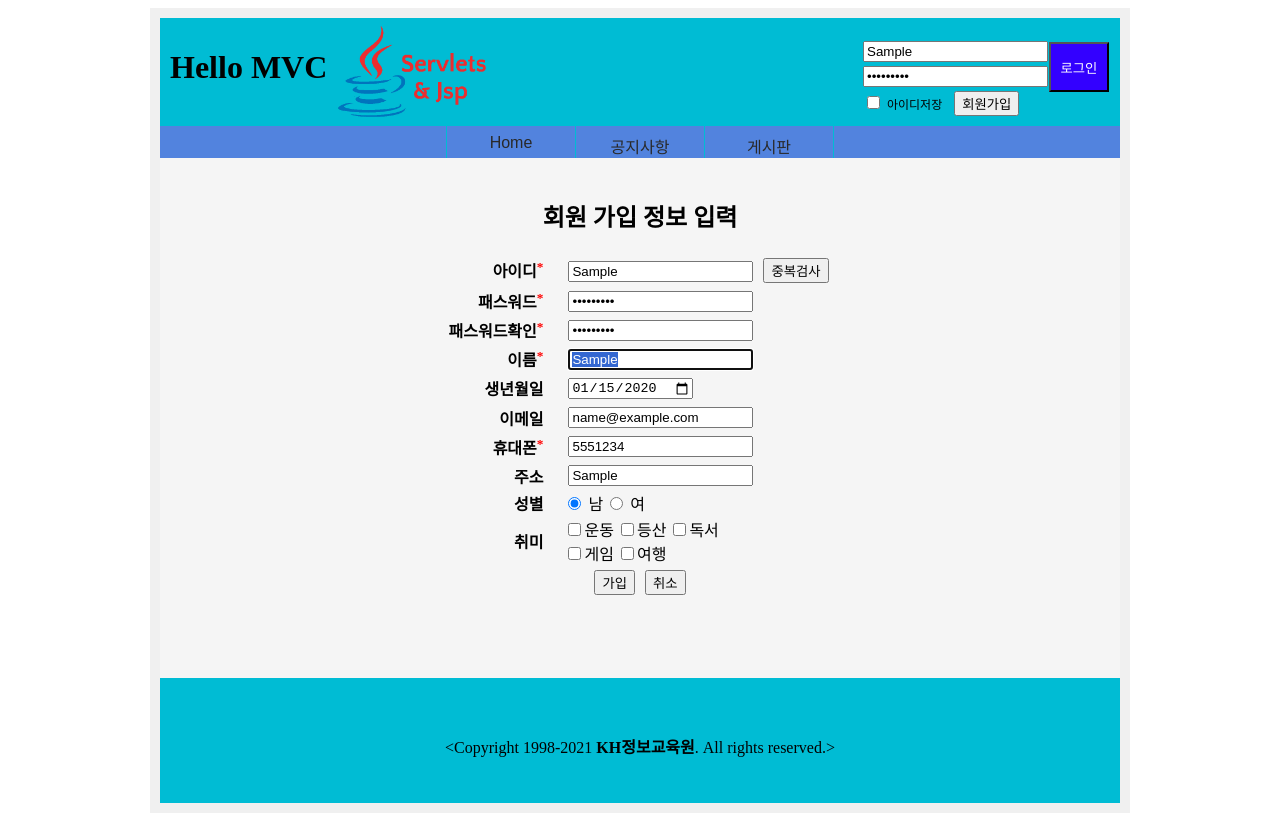
Repository: jsungl/WEBSERVER-WORKSPACE
Page: http://localhost/02_hellomvc/member/memberEnroll
These files come from the project's save history. The page is drawn as it stood at one moment and after the next save; the edit follows.
The browser window is 1280 px wide. The pictures show the whole page.
Empty fields were first filled with sample values (such as "Sample", 5 or name@example.com).
After loading, the first visible `#memberEnrollFrm` was submitted once.
The page is served by Tomcat 9. Other server files are loaded and not shown.

Above is the page before, as saved 2021-03-29 07:07:59.

### 02_hellomvc/WebContent/WEB-INF/views/member/memberEnroll.jsp
<%@ page language="java" contentType="text/html; charset=UTF-8"
	pageEncoding="UTF-8"%>
<%@ include file="/WEB-INF/views/common/header.jsp" %>


<section id=enroll-container>
	<h2>회원 가입 정보 입력</h2>
	<form name="memberEnrollFrm" action="<%= request.getContextPath() %>/member/memberEnroll" method="post" id="memberEnrollFrm">
		<table>
			<tr>
				<th>아이디<sup>*</sup></th>
				<td>
					<input type="text" placeholder="4글자이상" name="memberId" id="memberId_" required>
					<input type="button" value="중복검사" onclick="checkIdDuplicate();"/>
					<input type="hidden" id="idValid" value="0" />
					<%-- #idValid가 1이면 사용가능한 아이디이고 중복검사함, 0이면 중복검사전. (0이면 제출안되게) --%>
				</td>
			</tr>
			<tr>
				<th>패스워드<sup>*</sup></th>
				<td>
					<input type="password" name="password" id="password_" required><br>
				</td>
			</tr>
			<tr>
				<th>패스워드확인<sup>*</sup></th>
				<td>
					<input type="password" id="password2" required><br>
				</td>
			</tr>
			<tr>
				<th>이름<sup>*</sup></th>
				<td>
				<input type="text"  name="memberName" id="memberName" required><br>
				</td>
			</tr>
			<tr>
				<th>생년월일</th>
				<td>
				<input type="date" name="birthday" id="birthday" ><br />
				</td>
			</tr>
			<tr>
				<th>이메일</th>
				<td>
					<input type="email" placeholder="abc@xyz.com" name="email" id="email"><br>
				</td>
			</tr>
			<tr>
				<th>휴대폰<sup>*</sup></th>
				<td>
					<input type="tel" placeholder="(-없이)01012345678" name="phone" id="phone" maxlength="11" required><br>
				</td>
			</tr>
			<tr>
				<th>주소</th>
				<td>
					<input type="text" placeholder="" name="address" id="address"><br>
				</td>
			</tr>
			<tr>
				<th>성별 </th>
				<td>
					<input type="radio" name="gender" id="gender0" value="M" checked>
					<label for="gender0">남</label>
					<input type="radio" name="gender" id="gender1" value="F">
					<label for="gender1">여</label>
				</td>
			</tr>
			<tr>
				<th>취미 </th>
				<td>
					<input type="checkbox" name="hobby" id="hobby0" value="운동"><label for="hobby0">운동</label>
					<input type="checkbox" name="hobby" id="hobby1" value="등산"><label for="hobby1">등산</label>
					<input type="checkbox" name="hobby" id="hobby2" value="독서"><label for="hobby2">독서</label><br />
					<input type="checkbox" name="hobby" id="hobby3" value="게임"><label for="hobby3">게임</label>
					<input type="checkbox" name="hobby" id="hobby4" value="여행"><label for="hobby4">여행</label><br />
				</td>
			</tr>
		</table>
		<input type="submit" value="가입" >
		<input type="reset" value="취소">
	</form>
</section>

<script>
/**
 * 회원가입 유효성 검사
 */

 $(document.memberEnrollFrm).submit(function(){
		//memberId
		var $memberId = $("#memberId_");
		//아이디는 영문자/숫자  4글자이상만 허용
		if(/^[a-zA-Z0-9]{4,}$/.test($memberId.val()) == false){
			alert("아이디는 최소 4자리이상이어야 합니다.");
			$memberId.select();
			return false;
		}
		//password
		var $p1 = $("#password_");
		var $p2 = $("#password2");
		if(/^[a-zA-Z0-9!@#$$%^&*()]{4,}/.test($p1.val()) == false){
			alert("유효한 패스워드를 입력하세요.");
			$p1.select();
			return false;
		}

		if($p1.val() != $p2.val()){
			alert("패스워드가 일치하지 않습니다.");
			$p1.select();
			return false;
		}

		//memberName
		var $memberName = $("#memberName");
		if(/^[가-힣]{2,}$/.test($memberName.val()) == false){
			alert("이름은 한글 2글자 이상이어야 합니다.");
			$memberName.select();
			return false;
		}

		//phone
		var $phone = $("#phone");
		//-제거하기
		$phone.val($phone.val().replace(/[^0-9]/g, ""));//숫자아닌 문자(복수개)제거하기

		if(/^010[0-9]{8}$/.test($phone.val()) == false){
			alert("유효한 전화번호가 아닙니다.");
			$phone.select();
			return false;
		}

		return true;

	});


</script>



<%@ include file="/WEB-INF/views/common/footer.jsp" %>

### 02_hellomvc/WebContent/WEB-INF/views/common/header.jsp
<%@page import="member.model.vo.Member"%>
<%@ page language="java" contentType="text/html; charset=UTF-8"
    pageEncoding="UTF-8"%>

<%
	String msg = (String)session.getAttribute("msg");
	if(msg != null)
		session.removeAttribute("msg");
	System.out.println("msg@header.jsp = " + msg);


	String loc = (String)request.getAttribute("loc");
	Member loginMember = (Member)session.getAttribute("loginMember");

	//사용자 쿠키처리
	String saveId = null;
	Cookie[] cookies = request.getCookies();
	if(cookies != null){
		for(Cookie c : cookies){
			String name = c.getName();
			String value = c.getValue();
			System.out.println(name + " : " + value); //saveId : honggd, JSESSIONID :
			if("saveId".equals(name))
				saveId = value;
		}
	}
%>
<!DOCTYPE html>
<html>
<head>
<meta charset="UTF-8">
<title>Hello MVC</title>
<link rel="stylesheet" href="<%=request.getContextPath() %>/css/style.css" />
<script src="<%= request.getContextPath() %>/js/jquery-3.6.0.js"></script>
<script>
<% if(msg != null) {%>
alert("<%= msg %>");
<% } %>


<% if(loc != null) {%>
	location.href = "<%= loc %>";
<% } %>


	$(function(){
		//로그인 폼 유효성 검사
		$("#loginFrm").submit(function(){
			var $memberId = $(memberId);
			var $password = $(password);

			if(/^.{4,}$/.test($memberId.val()) == false){
				alert("유효한 아이디를 입력하세요");
				$memberId.select();
				return false;
			}

			if(/^.{4,}$/.test($password.val()) == false){
				alert("유효한 비밀번호를 입력하세요");
				$password.select();
				return false;
			}
		});

		/* //회원가입폼 검사
		$("#memberEnrollFrm").submit(function(){
			var $pwd = $("#password_");
			var $pwdCheck = $("#password2");

			console.log($pwd);
			console.log($pwdCheck);

			if($pwd.val() != $pwdCheck.val()){
				alert("비밀번호가 일치하지않습니다");
				$pwd.select();
				return false;
			}

		}); */


	});
</script>
</head>
<body>
	<div id="container">
		<header>
			<h1>Hello MVC</h1>

			<div class="login-container">
			<% if(loginMember == null) { %>
				<!-- 로그인폼 시작 -->
				<form id="loginFrm" action="<%= request.getContextPath() %>/member/login" method="POST">
					<table>
						<tr>
							<td><input type="text" name="memberId" id="memberId" placeholder="아이디" tabindex="1" value="<%= saveId != null ? saveId : ""%>"></td>
							<td><input type="submit" value="로그인" tabindex="3"></td>
						</tr>
						<tr>
							<td><input type="password" name="password" id="password"
							placeholder="비밀번호" tabindex="2"></td>
							<td></td>
						</tr>
						<tr>
							<td colspan="2">
								<input type="checkbox" name="saveId" id="saveId" <%= saveId != null ? "checked" : "" %>/>
								<label for="saveId">아이디저장</label>&nbsp;&nbsp;
								<input type="button" value="회원가입" onclick="location.href='<%= request.getContextPath() %>/member/memberEnroll';">
							</td>
						</tr>
					</table>
				</form>
				<!-- 로그인폼 끝-->
			<% } else { %>
				<%-- 로그인 성공시 --%>
				<table id="login">
					<tr>
						<td><%= loginMember.getMemberName() %>님, 반갑습니다.</td>
					</tr>
					<tr>
						<td>
							<input type="button" value="내정보보기" />
							<input type="button" value="로그아웃" onclick="location.href='<%= request.getContextPath() %>/member/logout';"/>
						</td>
					</tr>

				</table>



			<% } %>
			</div>
			<!-- 메인메뉴 시작 -->
			<nav>
				<ul class="main-nav">
					<li class="home"><a href="<%= request.getContextPath() %>">Home</a></li>
					<li class="notice"><a href="#">공지사항</a></li>
					<li class="board"><a href="#">게시판</a></li>
				</ul>
			</nav>
			<!-- 메인메뉴 끝-->
		</header>

		<section id="content">

### 02_hellomvc/WebContent/WEB-INF/views/common/footer.jsp
<%@ page language="java" contentType="text/html; charset=UTF-8"
    pageEncoding="UTF-8"%>
</section>

		<footer>
			<p>&lt;Copyright 1998-2021 <strong>KH정보교육원</strong>. All rights reserved.&gt;</p>
		</footer>
	</div>
</body>
</html>

### 02_hellomvc/src/member/controller/MemberEnrollServlet.java
package member.controller;

import java.io.IOException;
import java.sql.Date;

import javax.servlet.ServletException;
import javax.servlet.annotation.WebServlet;
import javax.servlet.http.HttpServlet;
import javax.servlet.http.HttpServletRequest;
import javax.servlet.http.HttpServletResponse;
import javax.servlet.http.HttpSession;

import member.model.service.MemberService;
import member.model.vo.Member;

/**
 * Servlet implementation class MemberEnrollServlet
 */
@WebServlet("/member/memberEnroll")
public class MemberEnrollServlet extends HttpServlet {
	private static final long serialVersionUID = 1L;
	MemberService memberService = new MemberService();

	/**
	 * 회원가입 페이지
	 */
	protected void doGet(HttpServletRequest request, HttpServletResponse response) throws ServletException, IOException {
		request.getRequestDispatcher("/WEB-INF/views/member/memberEnroll.jsp").forward(request, response);

	}

	/**
	 * 회원가입 처리 - db에 저장(dml)
	 *
	 * java.sql.Date객체 생성하기 : Date.valueOf("1990-09-09")
	 */
	protected void doPost(HttpServletRequest request, HttpServletResponse response) throws ServletException, IOException {

				//1. encoding처리
				request.setCharacterEncoding("utf-8");


				//2. 사용자입력값처리
				String memberId = request.getParameter("memberId");
				String password = request.getParameter("password");
				String memberName = request.getParameter("memberName");
				String birthday = request.getParameter("birthday");
				Date bday = null;
				if(birthday != null && !birthday.equals(""))
					bday = Date.valueOf(birthday);
				//java.sql.Date의 valueOf(String s) 메서드는 입력받 문자열 값을 가지고 날짜(Date)로 변경해 준다.
				//이 때 주의할 것은 날짜형식이 yyyy-mm-dd로 되어야 한다. valueOf("20101122") 이렇게 yyyymmdd 로 입력할 경우 IllegalArgumentException이 발생한다.
				String email = request.getParameter("email");
				String phone = request.getParameter("phone");
				String address = request.getParameter("address");
				String gender = request.getParameter("gender");
				String[] hobby = request.getParameterValues("hobby");
				String hobbies = "";
				if(hobby != null)
					hobbies = String.join(",", hobby); //배열을 문자열로 변환(구분자추가)





				System.out.println("memberId@Enrollservlet = " + memberId);
				System.out.println("password@Enrollservlet = " + password);
				System.out.println("memberName@Enrollservlet = " + memberName);
				System.out.println("birthday@Enrollservlet = " + bday);
				System.out.println("email@Enrollservlet = " + email);
				System.out.println("phone@Enrollservlet = " + phone);
				System.out.println("address@Enrollservlet = " + address);
				System.out.println("gender@Enrollservlet = " + gender);
				System.out.println("hobby@Enrollservlet = " + hobbies);



				//3. 업무로직 : memberId로 회원객체를 조회
				//servlet이 처리해야할 업무로직 ->service에 맡긴다
				Member member = new Member();
				member.setMemberId(memberId);
				member.setPassword(password);
				member.setMemberName(memberName);
				member.setMemberRole(MemberService.MEMBER_ROLE);
				member.setBirthday(bday); //Date
				member.setEmail(email);
				member.setPhone(phone);
				member.setAddress(address);
				member.setGender(gender);
				member.setHobby(hobbies); //String ,로

				System.out.println("입력한 회원정보 : " + member);


				int result = memberService.insertMember(member);
				System.out.println("result@Enrollservlet = " + result);



				//회원가입 성공/실패 여부 판단
				HttpSession session = request.getSession();
				if(result > 0) {
					//회원가입 성공
					session.setAttribute("msg", "회원가입에 성공하셨습니다");
				}else {
					//회원가입 실패
					session.setAttribute("msg", "회원가입에 실패하셨습니다");
				}

				//리다이렉트
				response.sendRedirect(request.getContextPath());



	}

}

### 02_hellomvc/src/member/model/dao/MemberDao.java
package member.model.dao;

import java.io.FileReader;
import java.sql.Connection;
import java.sql.PreparedStatement;
import java.sql.ResultSet;
import java.sql.SQLException;
import java.util.Properties;
import static common.JDBCTemplate.*;

import member.model.service.MemberService;
import member.model.vo.Member;

public class MemberDao {

	private Properties prop = new Properties();


	public MemberDao() {
		String fileName = MemberDao.class.getResource("/sql/member/member-query.properties").getPath();
		try {
			prop.load(new FileReader(fileName));
		}catch(Exception e) {
			e.printStackTrace();
		}
	}



	public Member selectOne(Connection conn, String memberId) {
		Member member = null;
		PreparedStatement pstmt = null;
		ResultSet rset = null;

		String query = prop.getProperty("selectOne");

		try{
			//미완성쿼리문을 가지고 객체생성.
			pstmt = conn.prepareStatement(query);
			//미완성 쿼리문 값대입
			pstmt.setString(1, memberId);
			//쿼리문실행
			rset = pstmt.executeQuery();

			if(rset.next()){
				member = new Member();
				member.setMemberId(rset.getString("member_id"));
				member.setPassword(rset.getString("password"));
				member.setMemberName(rset.getString("member_name"));
				member.setMemberRole(rset.getString("member_role"));
				member.setGender(rset.getString("gender"));
				member.setBirthday(rset.getDate("birthday"));
				member.setEmail(rset.getString("email"));
				member.setPhone(rset.getString("phone"));
				member.setAddress(rset.getString("address"));
				member.setHobby(rset.getString("hobby"));
				member.setEnrollDate(rset.getDate("enroll_date"));
			}
		}catch(Exception e){
			e.printStackTrace();
		}finally{
			close(rset);
			close(pstmt);
		}
		return member;

	}



	/**
	 * 회원추가
	 */
	public int insertMember(Connection conn, Member m) {
		int result = 0;
		PreparedStatement pstmt = null;
		String query = prop.getProperty("insertMember");

		try {
			//PreparedStatment객체 생성, 미완성 쿼리 값대입
			pstmt = conn.prepareStatement(query);
			pstmt.setString(1,m.getMemberId());
			pstmt.setString(2,m.getPassword());
			pstmt.setString(3,m.getMemberName());
			pstmt.setString(4,m.getMemberRole()); //상수 MemberRole,기본값 U
			pstmt.setString(5,m.getGender());
			pstmt.setDate(6,m.getBirthday());
			pstmt.setString(7,m.getEmail());
			pstmt.setString(8,m.getPhone());
			pstmt.setString(9,m.getAddress());
			pstmt.setString(10,m.getHobby());


			result = pstmt.executeUpdate();

		} catch (SQLException e) {
			e.printStackTrace();
		} finally {
			close(pstmt);
		}

		return result;
	}




}

### 02_hellomvc/WebContent/css/style.css
@CHARSET "UTF-8";
div, section, header, aside, footer {padding:10px;}

/********** 전체컨테이너 **********/
div#container	{background-color:#F0F0F0; width:960px; margin:0 auto;}

/********** header **********/
header			{background: #00bcd4 url('/mvc/images/Java-Servlets-JSP.png') 21% 5%/18% no-repeat; height:130px; position:relative; padding:10px 0 0 0;}
header h1 		{margin-left:10px;}

/* 로그인컨테이너 */
	header div.login-container{width:250px; position:absolute; right: 0px; top: 10px;}
	/* 로그인테이블관련*/
	#loginFrm table{empty-cells:hide;}
	#loginFrm input[type=submit]{width:60px; height:50px; color:white; background:#3300ff; position:absolute; top: 14px; right: 11px;}
	#saveId+label{font-size:12px;font-family:'고딕'}

	/* 로그인성공후 */
	div.login-container table#login{border-spacing:10px;}
	div.login-container table#login input[type=button]{border-radius:3px;}


	/* 메뉴관련스타일 */
	header nav {background:#5283de; width:100%; margin-top:40px;}
	/* ul태그의 가운데정렬 */
	ul.main-nav{
		/* width:80%; */
		display:table;
		padding:0px;
		margin:auto;
	}
	ul.main-nav li {
		list-style-type: none;
		width: 8em;
		height: 2em;
		float: left;
		text-align: center;
		font-family: "휴먼모음T", sans-serif;
		border-left: 1px #00bcd4 solid;
		background-color: #5283de;
	}
	ul.main-nav li:last-of-type{border-right:1px #00bcd4 solid;;}
	ul.main-nav li a {
		/*a태그의 display기본값은 inline임*/
		display: block;
		padding:.5em;
		text-decoration: none;
		color: #292929;
	}
	/* hover시 배경색 변경 */
	ul.main-nav li:hover{
		background-color: #3300ff;
	}
	ul.main-nav li:hover > a{
		color:#FFF; /* 글자색*/
	}


/********** content **********/
section#content	{ background-color:#F5F5F5; float:left; width:940px; min-height:500px; }

 /* 회원가입페이지 */
    section#enroll-container {text-align:center;}
    section#enroll-container input{margin:3px;}
    section#enroll-container table{margin:0 auto;}
    section#enroll-container table th {padding:0 10px; text-align:right;}
    section#enroll-container table td {padding:0 10px; text-align:left;}
	section#enroll-container sup{color: red;}



















/********** footer **********/
footer			{ background-color:#00bcd4; clear:both; height:75px; text-align:center;padding-top:40px;}

Loaded but not shown: 02_hellomvc/WebContent/js/jquery-3.6.0.js (library)

After the next save:
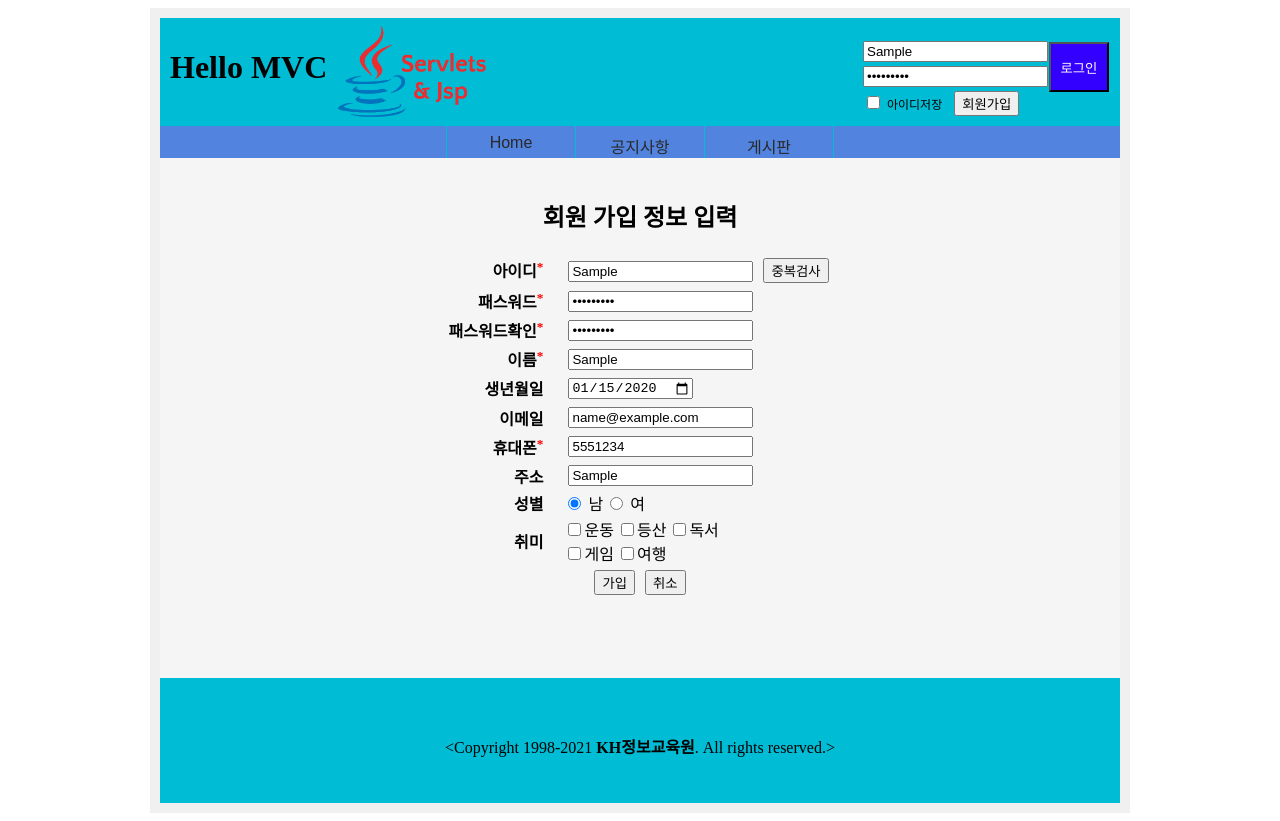
Saved 70 s later.
--- a/02_hellomvc/WebContent/WEB-INF/views/member/memberEnroll.jsp
+++ b/02_hellomvc/WebContent/WEB-INF/views/member/memberEnroll.jsp
@@ -97,6 +97,15 @@
 			$memberId.select();
 			return false;
 		}
+
+		var $idValid = $("#idValid");
+		if($idValid.val() == 0){
+			alert('아이디 중복검사 해주세요');
+			return false;
+		}
+
+
+
 		//password
 		var $p1 = $("#password_");
 		var $p2 = $("#password2");
